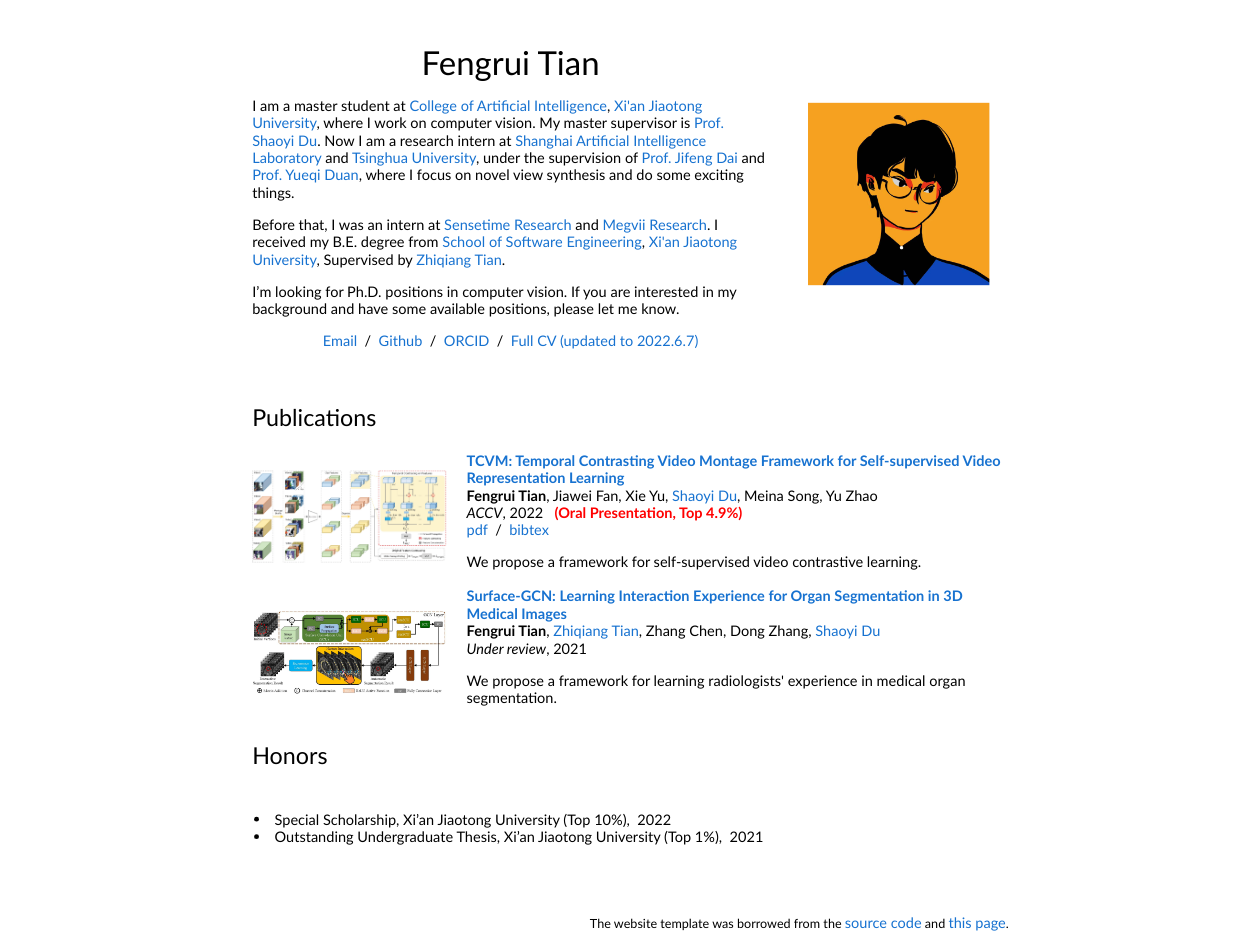
Repository: tianfr/tianfr.github.io
Page: index.html
These files come from the project's save history. The page is drawn as it stood at one moment and after the next save; the edit follows.
The browser window is 1280 px wide. The pictures show the whole page, at 97% of full size.

Above is the page before, as saved 2022-11-20 21:58:45.

### index.html
<!DOCTYPE HTML>
<html lang="en"><head><meta http-equiv="Content-Type" content="text/html; charset=UTF-8">

  <title>Fengrui Tian </title>

  <meta name="author" content="Fengrui Tian">
  <meta name="viewport" content="width=device-width, initial-scale=1">

  <link rel="stylesheet" type="text/css" href="stylesheet.css">
	<link rel="icon" href="data:[embedded picture, 141 characters]">
</head>

<body>
  <table style="width:100%;max-width:800px;border:0px;border-spacing:0px;border-collapse:separate;margin-right:auto;margin-left:auto;"><tbody>
    <tr style="padding:0px">
      <td style="padding:0px">
        <table style="width:100%;border:0px;border-spacing:0px;border-collapse:separate;margin-right:auto;margin-left:auto;"><tbody>
          <tr style="padding:0px">
            <td style="padding:2.5%;width:63%;vertical-align:middle">
              <p style="text-align:center">
                <name>
                  Fengrui Tian
                  <!-- <font face="KaiTi" size="6">田丰瑞</font> -->
                </name>
              </p>
              <p>I am a master student at <a href="http://iair.xjtu.edu.cn/">College of Artificial Intelligence</a>, <a href="http://www.xjtu.edu.cn/">Xi'an Jiaotong University</a>, where I work on computer vision. My master supervisor is <a href="https://gr.xjtu.edu.cn/en/web/dushaoyi/home">Prof. Shaoyi Du</a>. Now I am a research intern at <a href="https://www.shlab.org.cn/">Shanghai Artificial Intelligence Laboratory</a> and <a href="https://www.tsinghua.edu.cn/">Tsinghua University</a>, under the supervision of <a href="https://jifengdai.org/">Prof. Jifeng Dai</a> and  <a href="https://duanyueqi.github.io/">Prof. Yueqi Duan</a>, where I focus on novel view synthesis and do some exciting things.
              </p>
              <p> Before that, I was an intern at <a href="https://www.sensetime.com/">Sensetime Research</a> and
                <a href="https://www.megvii.com/">Megvii Research</a>. I received my B.E. degree from  <a href="https://blog.google/products/google-ar-vr/introducing-next-generation-jump/">School of Software Engineering</a>, <a href="http://www.xjtu.edu.cn/">Xi'an Jiaotong University</a>, Supervised by <a href="https://gr.xjtu.edu.cn/en/web/zhiqiangtian/home">Zhiqiang Tian</a>.
              </p>
              <p>  I’m looking for Ph.D. positions in computer vision. If you are interested in my background and have some available positions, please let me know.
              </p>
              <p style="text-align:center">
                <a href="mailto:tianfr@stu.xjtu.edu.cn">Email</a> &nbsp/&nbsp
                <!-- <a href="data/JonBarron-CV.pdf">CV</a> &nbsp/&nbsp -->
                <!-- <a href="data/JonBarron-bio.txt">Bio</a> &nbsp/&nbsp -->
                <!-- <a href="https://scholar.google.com/citations?hl=en&user=jktWnL8AAAAJ">Google Scholar</a> &nbsp/&nbsp -->
                <!-- <a href="https://twitter.com/jon_barron">Twitter</a> &nbsp/&nbsp -->
                <a href="https://github.com/tianfr/">Github</a> &nbsp/&nbsp
                <a href="https://orcid.org/0000-0002-9577-5276">ORCID</a> &nbsp/&nbsp
                <a href="data/PS_Tian_Fengrui_2022_6_7_en.pdf">Full CV (updated to 2022.6.7)</a>

              </p>
            </td>
            <td style="padding:2.5%;width:25%;max-width:25%">
              <a href="images/Fengrui_Tian_avatar.jpg"><img style="width:100%;max-width:100%" alt="profile photo" src="images/Fengrui_Tian_avatar.jpg" class="hoverZoomLink"></a>
            </td>
          </tr>
        <!-- </tbody></table>
        <table style="width:100%;border:0px;border-spacing:0px;border-collapse:separate;margin-right:auto;margin-left:auto;"><tbody>
            <tr>
            <td style="padding:20px;width:100%;vertical-align:middle">
              <heading>Research</heading>
              <p>
                I'm interested in computer vision, machine learning, optimization, and image processing. Much of my research is about inferring the physical world (shape, motion, color, light, etc) from images. Representative papers are <span class="highlight">highlighted</span>.
              </p>
            </td>
          </tr>
        </tbody></table> -->
        <table width="100%" align="center" border="0" cellspacing="0" cellpadding="20"><tbody>
          <tr>
            <td>
              <heading>Publications</heading>
            </td>
          </tr>
        </tbody></table>
        <table style="width:100%;border:0px;border-spacing:0px;border-collapse:separate;margin-right:auto;margin-left:auto;"><tbody>

          <tr onmouseout="dreamfusion_stop()" onmouseover="dreamfusion_start()">
            <td style="padding:20px;width:25%;vertical-align:middle">
              <img src="images/tcvm_overview.jpg" alt="prl" width="200" height="95">
            </td>
            <!-- <td style="padding:20px;width:25%;vertical-align:middle">
              <div class="one">
                <div class="two" id='dreamfusion_image'><video  width=100% height=100% muted autoplay loop>
                <source src="images/dreamfusion.mp4" type="video/mp4">
                Your browser does not support the video tag.
                </video></div>
                <img src='images/tcvm_overview.jpg' width="160">
              </div>
              <script type="text/javascript">
                function dreamfusion_start() {
                  document.getElementById('dreamfusion_image').style.opacity = "1";
                }

                function dreamfusion_stop() {
                  document.getElementById('dreamfusion_image').style.opacity = "0";
                }
                dreamfusion_stop()
              </script>
            </td> -->
            <!-- <td style="padding:20px;width:75%;vertical-align:middle"> -->
            <td width="75%" valign="middle">
              <a href="paper/22accv_tcvm.pdf">
                <papertitle>TCVM: Temporal Contrasting Video Montage Framework for Self-supervised Video Representation Learning</papertitle>
              </a>
              <br>
              <strong>Fengrui Tian</strong>,
              Jiawei Fan,
              Xie Yu,
              <a href="https://gr.xjtu.edu.cn/en/web/dushaoyi/home">Shaoyi Du</a>,
              Meina Song,
              Yu Zhao
              <br>
              <em>ACCV</em>, 2022 &nbsp <font color="red"><strong>(Oral Presentation, Top 4.9%)</strong></font>
              <br>
              <a href="paper/22accv_tcvm.pdf">pdf</a>  &nbsp/&nbsp
              <a href="data/accv22TCVM.bib">bibtex</a>
              <p></p>
              <p>
              We propose a framework for self-supervised video contrastive learning.
              </p>
            </td>
          </tr>


          <tr>
            <td style="padding:20px;width:25%;vertical-align:middle">
              <img src="images/surfacegcn.jpg" alt="prl" width="200" height="85">
            </td>
            <td width="75%" valign="middle">
              <a href="">
                <papertitle>Surface-GCN: Learning Interaction Experience for Organ Segmentation in 3D Medical Images</papertitle>
              </a>
              <br>
              <strong>Fengrui Tian</strong>,
              <a href="https://gr.xjtu.edu.cn/en/web/zhiqiangtian/home">Zhiqiang Tian</a>,
              Zhang Chen,
              Dong Zhang,
              <a href="https://gr.xjtu.edu.cn/en/web/dushaoyi/home">Shaoyi Du</a>
              <br>
              <em>Under review</em>, 2021
              <br>
              <!-- <a href="data/BarronPRL2009.bib">bibtex</a> -->
              <p>We propose a framework for learning radiologists' experience in medical organ segmentation.</p>
            </td>
          </tr>

        </tbody></table>


        <table width="100%" align="center" border="0" cellspacing="0" cellpadding="20"><tbody>
          <tr>
            <td>
              <heading>Honors</heading>
            </td>
          </tr>
        </tbody></table>
        <table width="100%" align="center" border="0" cellpadding="20"><tbody>
          <tr>
            <td style="padding:20px;width:100%;vertical-align:middle">
              <li>Special Scholarship, Xi’an Jiaotong University (Top 10%),&nbsp; 2022 </li>
              <li>Outstanding Undergraduate Thesis, Xi’an Jiaotong University (Top 1%),&nbsp; 2021 </li> <br>
          </td>

          </tr>


        </tbody></table>
        <table style="width:100%;border:0px;border-spacing:0px;border-collapse:separate;margin-right:auto;margin-left:auto;"><tbody>
          <tr>
            <td style="padding:0px">
              <br>
              <p style="text-align:right;font-size:small;">
                The website template was borrowed from the <a href="https://github.com/jonbarron/website">source code</a> and <a href="https://jonbarron.info/"> this page</a>.
              </p>
            </td>
          </tr>
        </tbody></table>
      </td>
    </tr>
  </table>
</body>

</html>

### stylesheet.css
/* latin-ext */
@font-face {
  font-family: 'Lato';
  font-style: italic;
  font-weight: 400;
  src: local('Lato Italic'), local('Lato-Italic'), url(https://fonts.gstatic.com/s/lato/v15/S6u8w4BMUTPHjxsAUi-qNiXg7eU0.woff2) format('woff2');
  unicode-range: U+0100-024F, U+0259, U+1E00-1EFF, U+2020, U+20A0-20AB, U+20AD-20CF, U+2113, U+2C60-2C7F, U+A720-A7FF;
}
/* latin */
@font-face {
  font-family: 'Lato';
  font-style: italic;
  font-weight: 400;
  src: local('Lato Italic'), local('Lato-Italic'), url(https://fonts.gstatic.com/s/lato/v15/S6u8w4BMUTPHjxsAXC-qNiXg7Q.woff2) format('woff2');
  unicode-range: U+0000-00FF, U+0131, U+0152-0153, U+02BB-02BC, U+02C6, U+02DA, U+02DC, U+2000-206F, U+2074, U+20AC, U+2122, U+2191, U+2193, U+2212, U+2215, U+FEFF, U+FFFD;
}
/* latin-ext */
@font-face {
  font-family: 'Lato';
  font-style: italic;
  font-weight: 700;
  src: local('Lato Bold Italic'), local('Lato-BoldItalic'), url(https://fonts.gstatic.com/s/lato/v15/S6u_w4BMUTPHjxsI5wq_FQftx9897sxZ.woff2) format('woff2');
  unicode-range: U+0100-024F, U+0259, U+1E00-1EFF, U+2020, U+20A0-20AB, U+20AD-20CF, U+2113, U+2C60-2C7F, U+A720-A7FF;
}
/* latin */
@font-face {
  font-family: 'Lato';
  font-style: italic;
  font-weight: 700;
  src: local('Lato Bold Italic'), local('Lato-BoldItalic'), url(https://fonts.gstatic.com/s/lato/v15/S6u_w4BMUTPHjxsI5wq_Gwftx9897g.woff2) format('woff2');
  unicode-range: U+0000-00FF, U+0131, U+0152-0153, U+02BB-02BC, U+02C6, U+02DA, U+02DC, U+2000-206F, U+2074, U+20AC, U+2122, U+2191, U+2193, U+2212, U+2215, U+FEFF, U+FFFD;
}
/* latin-ext */
@font-face {
  font-family: 'Lato';
  font-style: normal;
  font-weight: 400;
  src: local('Lato Regular'), local('Lato-Regular'), url(https://fonts.gstatic.com/s/lato/v15/S6uyw4BMUTPHjxAwXiWtFCfQ7A.woff2) format('woff2');
  unicode-range: U+0100-024F, U+0259, U+1E00-1EFF, U+2020, U+20A0-20AB, U+20AD-20CF, U+2113, U+2C60-2C7F, U+A720-A7FF;
}
/* latin */
@font-face {
  font-family: 'Lato';
  font-style: normal;
  font-weight: 400;
  src: local('Lato Regular'), local('Lato-Regular'), url(https://fonts.gstatic.com/s/lato/v15/S6uyw4BMUTPHjx4wXiWtFCc.woff2) format('woff2');
  unicode-range: U+0000-00FF, U+0131, U+0152-0153, U+02BB-02BC, U+02C6, U+02DA, U+02DC, U+2000-206F, U+2074, U+20AC, U+2122, U+2191, U+2193, U+2212, U+2215, U+FEFF, U+FFFD;
}
/* latin-ext */
@font-face {
  font-family: 'Lato';
  font-style: normal;
  font-weight: 700;
  src: local('Lato Bold'), local('Lato-Bold'), url(https://fonts.gstatic.com/s/lato/v15/S6u9w4BMUTPHh6UVSwaPGQ3q5d0N7w.woff2) format('woff2');
  unicode-range: U+0100-024F, U+0259, U+1E00-1EFF, U+2020, U+20A0-20AB, U+20AD-20CF, U+2113, U+2C60-2C7F, U+A720-A7FF;
}
/* latin */
@font-face {
  font-family: 'Lato';
  font-style: normal;
  font-weight: 700;
  src: local('Lato Bold'), local('Lato-Bold'), url(https://fonts.gstatic.com/s/lato/v15/S6u9w4BMUTPHh6UVSwiPGQ3q5d0.woff2) format('woff2');
  unicode-range: U+0000-00FF, U+0131, U+0152-0153, U+02BB-02BC, U+02C6, U+02DA, U+02DC, U+2000-206F, U+2074, U+20AC, U+2122, U+2191, U+2193, U+2212, U+2215, U+FEFF, U+FFFD;
}

a {
  color: #1772d0;
  text-decoration: none;
}

a:focus,
a:hover {
  color: #f09228;
  text-decoration: none;
}

body,
td,
th,
tr,
p,
a {
  font-family: 'Lato', Verdana, Helvetica, sans-serif;
  font-size: 15px
}

strong {
  font-family: 'Lato', Verdana, Helvetica, sans-serif;
  font-size: 15px;
}

heading {
  font-family: 'Lato', Verdana, Helvetica, sans-serif;
  font-size: 24px;
}

papertitle {
  font-family: 'Lato', Verdana, Helvetica, sans-serif;
  font-size: 15px;
  font-weight: 700
}

name {
  font-family: 'Lato', Verdana, Helvetica, sans-serif;
  font-size: 34px;
}

.one {
  width: 160px;
  height: 160px;
  position: relative;
}

.two {
  width: 160px;
  height: 160px;
  position: absolute;
  transition: opacity .2s ease-in-out;
  -moz-transition: opacity .2s ease-in-out;
  -webkit-transition: opacity .2s ease-in-out;
}

.fade {
  transition: opacity .2s ease-in-out;
  -moz-transition: opacity .2s ease-in-out;
  -webkit-transition: opacity .2s ease-in-out;
}

span.highlight {
  background-color: #ffffd0;
}

After the next save:
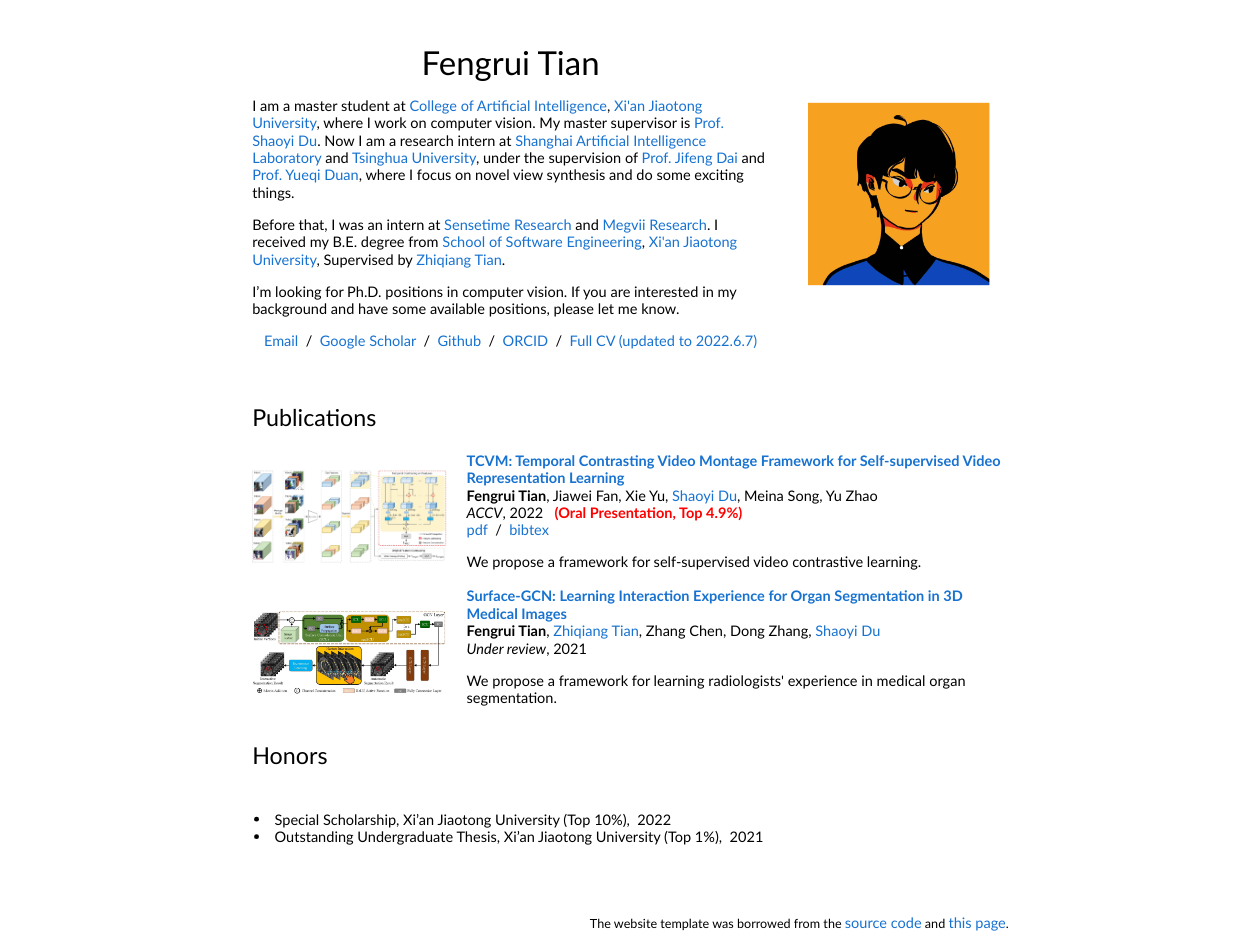
Saved 3 days later.
--- a/index.html
+++ b/index.html
@@ -34,7 +34,7 @@
                 <a href="mailto:tianfr@stu.xjtu.edu.cn">Email</a> &nbsp/&nbsp
                 <!-- <a href="data/JonBarron-CV.pdf">CV</a> &nbsp/&nbsp -->
                 <!-- <a href="data/JonBarron-bio.txt">Bio</a> &nbsp/&nbsp -->
-                <!-- <a href="https://scholar.google.com/citations?hl=en&user=jktWnL8AAAAJ">Google Scholar</a> &nbsp/&nbsp -->
+                <a href="https://scholar.google.com/citations?hl=en&user=jktWnL8AAAAJ">Google Scholar</a> &nbsp/&nbsp
                 <!-- <a href="https://twitter.com/jon_barron">Twitter</a> &nbsp/&nbsp -->
                 <a href="https://github.com/tianfr/">Github</a> &nbsp/&nbsp
                 <a href="https://orcid.org/0000-0002-9577-5276">ORCID</a> &nbsp/&nbsp
